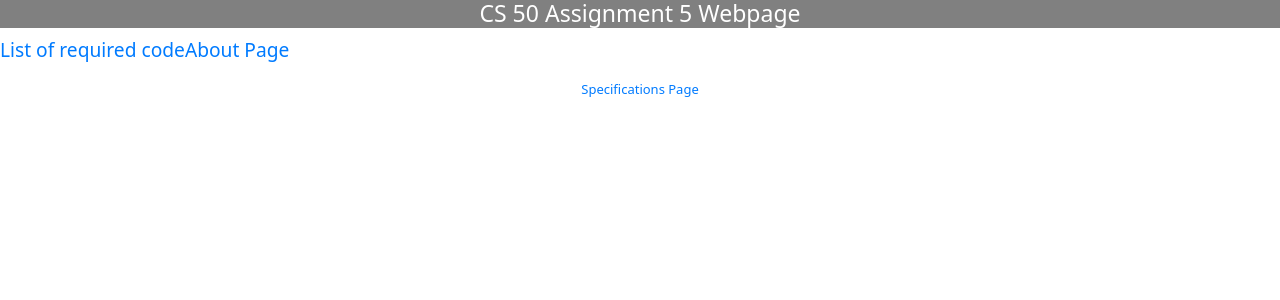
Repository: RSchwinn/cs50
Page: workspace/pset5/homepage/index.html
The author's editor kept a record of every edit. The page is drawn from the files as they stood at one moment, then again after the next edit.
The browser window is 1280 px wide. The pictures show the whole page.

Above is the page before.

After the next edit:
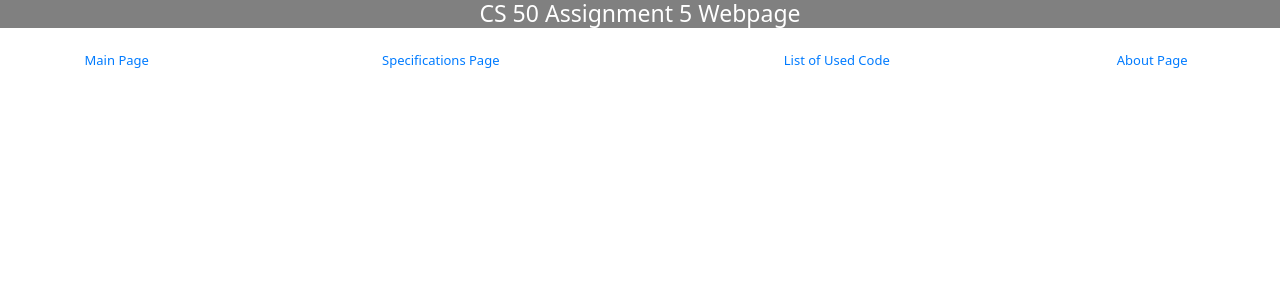
The edit:
--- a/workspace/pset5/homepage/index.html
+++ b/workspace/pset5/homepage/index.html
@@ -14,12 +14,12 @@
     <body>
         <h1> CS 50 Assignment 5 Webpage </h1>
 
-<a href></a>
 <table style="width:100%">
-  <tr> <td>
-<a href="specs.html">Specifications Page</a> </td>
-<a href="add.html">List of required code</a> </td>
-<a href="specs.html">About Page</a> </td>
+  <tr>
+<td><a href="index.html">Main Page</a> </td>
+<td><a href="specs.html">Specifications Page</a> </td>
+<td><a href="add.html">List of Used Code</a> </td>
+<td><a href="about.html">About Page</a> </td>
 </tr>
 </table>
         <script src="https://code.jquery.com/jquery-3.3.1.slim.min.js" integrity="sha384-q8i/X+965DzO0rT7abK41JStQIAqVgRVzpbzo5smXKp4YfRvH+8abtTE1Pi6jizo" crossorigin="anonymous"></script>
